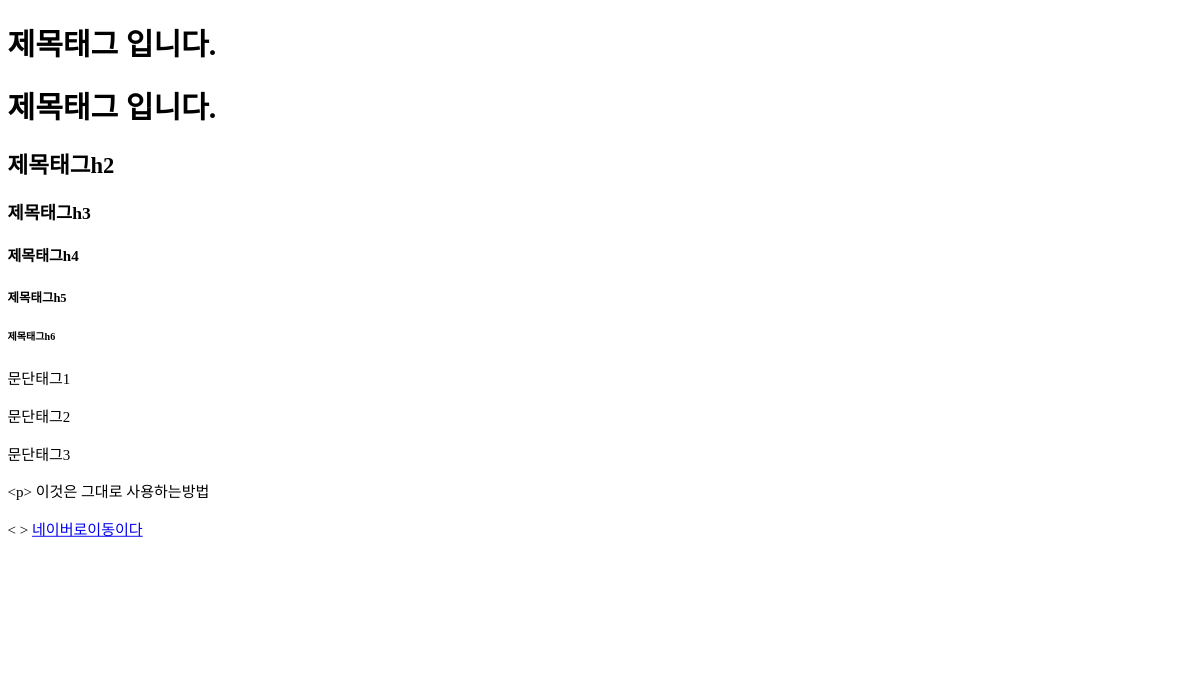
Repository: Devhyeongseon/Academy_Jsp
Page: JSPBasic/src/main/webapp/HTML/index01_P.html
The author's editor kept a copy of each file at every save. The page is drawn from the files as they stood at one save, then again after a run of saves.
The browser window is 1280 px wide. The pictures show the whole page, at 94% of full size.

Above is the page before, as saved 2024-01-09 08:36:27.

After the next 2 saves:
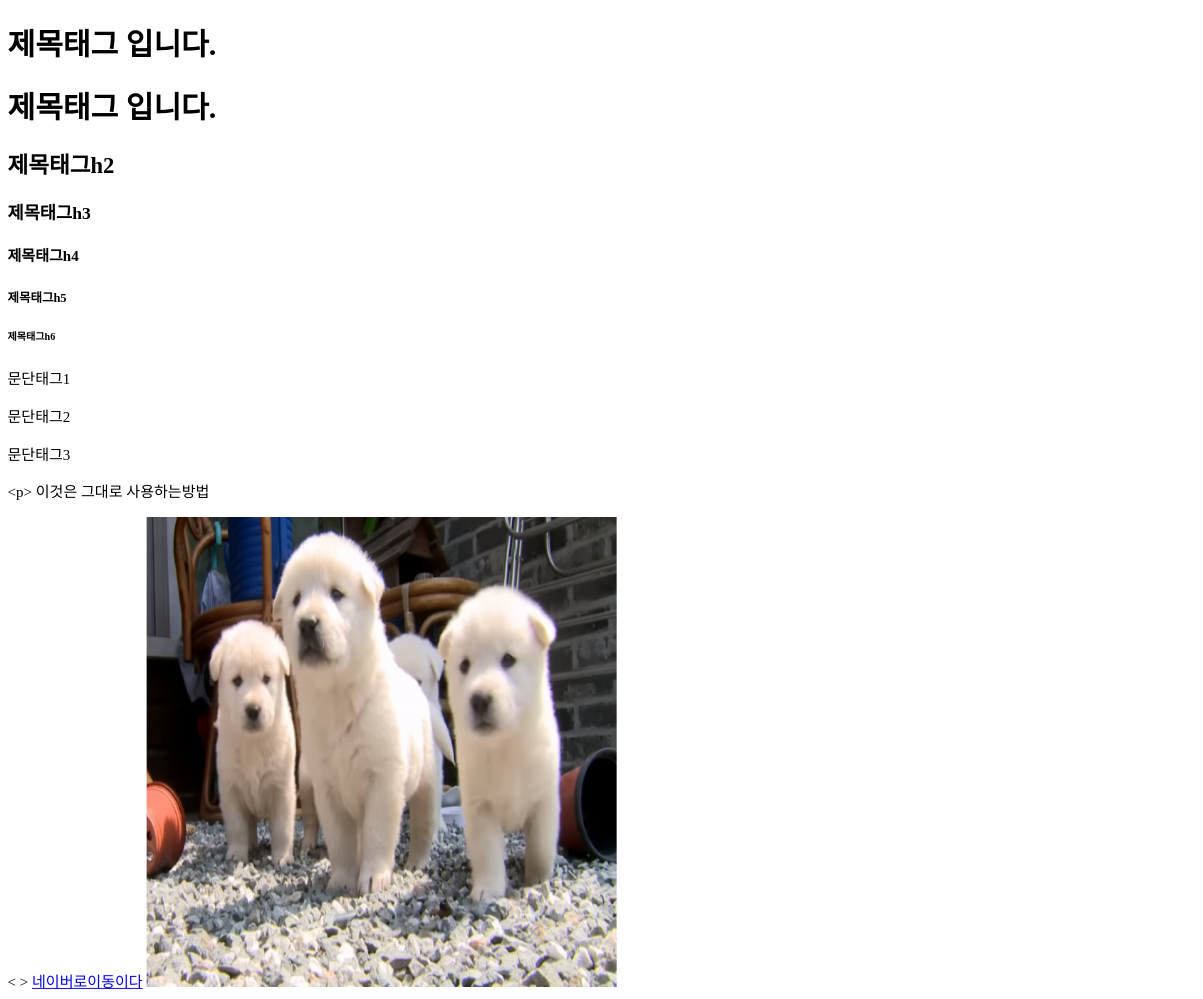
The 2 saves are shown as one change because they came seconds apart.
The last was saved 105 s later.
--- a/JSPBasic/src/main/webapp/HTML/index01_P.html
+++ b/JSPBasic/src/main/webapp/HTML/index01_P.html
@@ -21,7 +21,7 @@
 	&lt; &gt;
 
 	<a href="https://www.naver.com">네이버로이동이다</a>
-
+	<img src ="./img/테스트1.jpg" alt="개새끼" width = "500", height = "500"
 
 
 <body>
